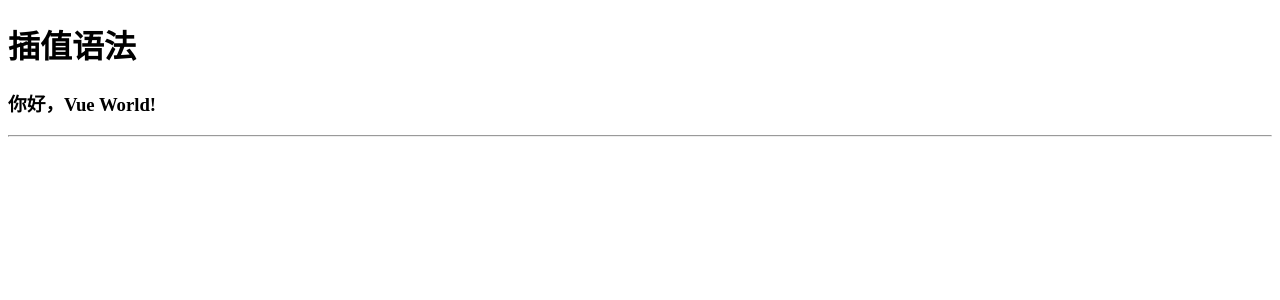
Repository: WAY-C/JSCodes
Page: Vue/02Vue模板/Vue模板.html
These files come from the project's save history. The page is drawn as it stood at one moment and after the next save; the edit follows.
The browser window is 1280 px wide. The pictures show the whole page.

Above is the page before, as saved 2021-08-26 09:29:41.

After the next save:
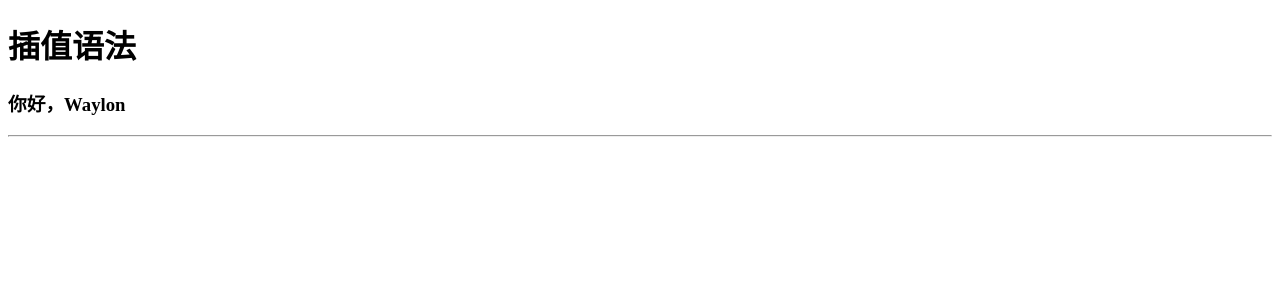
Saved 21 s later.
--- a/Vue/02Vue模板/Vue模板.html
+++ b/Vue/02Vue模板/Vue模板.html
@@ -24,7 +24,7 @@
         new Vue({
             el: '#root', //el属性用于指定当前Vue实例为那个容器服务，值通常为CSS选择器字符串
             data: { //data用于存储数据，供el选择的容器使用，值暂时为一个对象
-                name: 'Vue World!'
+                name: 'Waylon'
             },
 
         });
